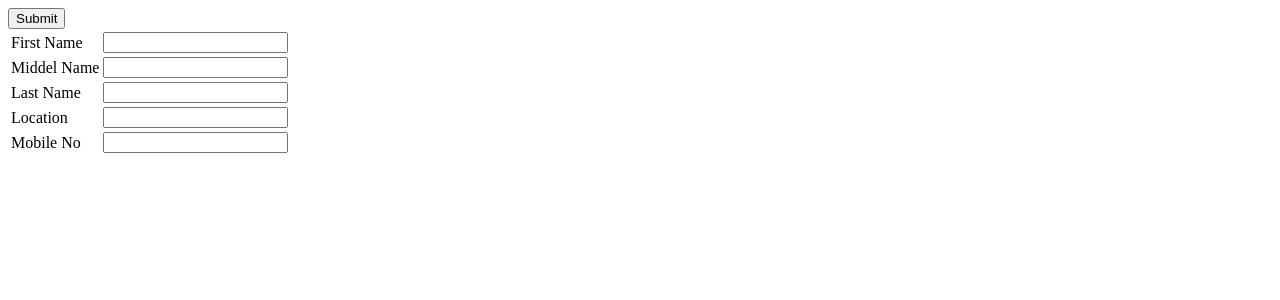
Repository: nosranijuned/WebRegister
Page: WebRegister/WebContent/index.html
An editor plug-in stored every save of this project. The page is shown before and after the next save, followed by the edit.
The browser window is 1280 px wide. The pictures show the whole page.

Above is the page before, as saved 2019-03-11 10:41:49.

After the next save:
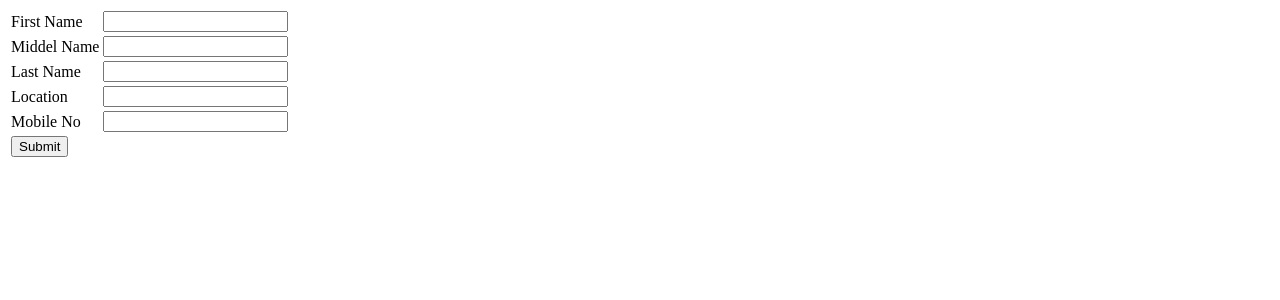
Saved 37 s later.
--- a/WebRegister/WebContent/index.html
+++ b/WebRegister/WebContent/index.html
@@ -58,7 +58,7 @@ function GEEKFORGEEKS()
 			<tr><td>Last Name</td><td><input type="text" name="lname"></td></tr>
 			<tr><td>Location</td><td><input type="text" name="loc"></td></tr>
 			<tr><td>Mobile No</td><td><input type="text" name="mob"></td></tr>
-			<tr><input type="submit" value="Submit"></tr>
+			<tr><td><input type="submit" value="Submit"></td></tr>
 		</table>
 	</form>
 </body>
